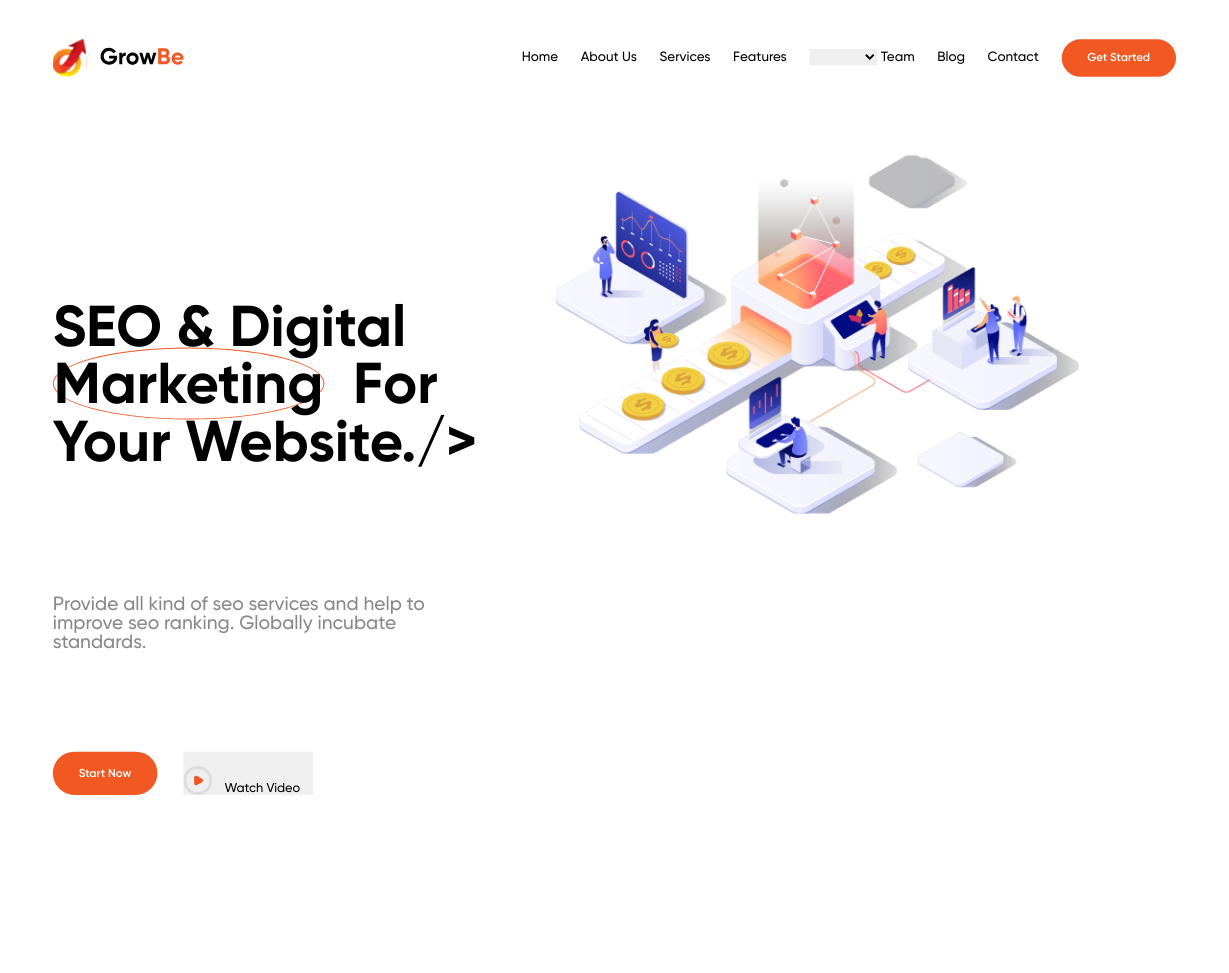
Repository: Alekseiy1980/GrowBe
Page: index.html
These files come from the project's save history. The page is drawn as it stood at one moment and after the next save; the edit follows.
The browser window is 1280 px wide. The pictures show the part of the page from y = 0 to 1014 px (the page is 1935 px tall before and 2100 px after), at 96% of full size.
A picture or video elsewhere on the page could not be fetched, so the positions and the page height are approximate.

Above is the page before, as saved 2024-01-20 16:07:27.

### index.html
<!DOCTYPE html>
<html lang="en">
<head>
    <meta charset="UTF-8">
    <meta name="viewport" content="width=device-width, initial-scale=1.0">

    <link rel="stylesheet" href="css/reset.css">
    <link rel="stylesheet" href="css/style.css">
    <title>GrowBe</title>
</head>
<body>
    <header>
        <div class="menu_bar">
            <div class="logo">
                <a class="logo-link" href="#">
                    <img src="/img/Logo.svg"  />
                </a>
            </div>
            <nav>
                <a class="menu menu_activ" href="@">Home</a>
                <a class="menu" href="@"> About Us</a>
                <a class="menu" href="@">Services</a>
                <label class="menu menu_label" for="pet-select">Features</label>
                    <select name="pets" id="pet-select">
                    <option value=""></option>
                    <option value="dog">Dog</option>
                    <option value="cat">Cat</option>
                    <option value="hamster">Hamster</option>
                    <option value="parrot">Parrot</option>
                    <option value="spider">Spider</option>
                    <option value="goldfish">Goldfish</option>
                    </select>

                <a class="menu" href="@">Team</a>
                <a class="menu" href="@">Blog</a>
                <a class="menu" href="@">Contact</a>
                <button class="btn_menu" type="button">Get Started</button>
            </nav>
        </div>


        <div class="home_meta">
            <div class="home_content">
                <div class="home_title">
                    <h1>SEO & Digital <span class="creat">Marketing</span>  For Your Website./>
                </div>
            <div class="sub_title">
                <p>Provide all kind of seo services and help to improve seo ranking. Globally incubate standards.</p>
            </div>
            <div class="btn_meta">
                <button class="btn_menu" type="button">Start Now</button>
                <button class="btn_video" type="button">
                        <img class="btn_img"
                            src="img/play.svg"
                            alt="play"
                            />
                    Watch Video</button>
            </div>
            </div>
            <div class="home_img">
                <img  src="img/home_Image.png" alt="">
            </div>
        </div>
        <div class="brend">
            <a href="#" class="brebd_logo" ><img class="brebd_logo-img" src="img/1.svg" alt=""></a>
            <a href="#" class="brebd_logo" ><img class="brebd_logo-img" src="img/6.svg" alt=""></a>
            <a href="#" class="brebd_logo" ><img class="brebd_logo-img" src="img/3.svg" alt=""></a>
            <a href="#" class="brebd_logo" ><img class="brebd_logo-img" src="img/4.svg" alt=""></a>
            <a href="#" class="brebd_logo" ><img class="brebd_logo-img" src="img/5.svg" alt=""></a>
            <a href="#" class="brebd_logo" ><img class="brebd_logo-img" src="img/6.svg" alt=""></a>
        </div>
    </header>
</body>
</html>

### css/reset.css

* {
    padding: 0;
    margin: 0;
    border: 0;
}

*,
*::before,
*::after {
    -moz-box-sizing: border-box;
    -webkit-box-sizing: border-box;
    box-sizing: border-box;
}

:focus,
:active {
    outline: none;
}

a:focus,
a:active {
    outline: none;
}

nav,
footer,
header,
aside {
    display: block;
}

html,
body {
    height: 100%;
    width: 100%;
    font-size: 100%;
    line-height: 1;
    font-size: 14px;
    -ms-text-size-adjust: 100%;
    -moz-text-size-adjust: 100%;
    -webkit-text-size-adjust: 100%;
}

input,
button,
textarea {
    font-family: inherit;
}

input::-ms-clear {
    display: none;
}

button {
    cursor: pointer;
}

button::-moz-focus-inner {
    padding: 0;
    border: 0;
}

a,
a:visited {
    text-decoration: none;
}

a:hover {
    text-decoration: none;
}

ul li {
    list-style: none;
}

img {
    vertical-align: top;
}

h1,
h2,
h3,
h4,
h5,
h6 {
    font-size: inherit;
    font-weight: 400;
}

### css/style.css
@font-face {
	font-family: 'Gilroy-Bold';
	src: url(/fonts/Gilroy-Bold.ttf);
}


@font-face {
	font-family: 'Gilroy-Medium';
	src: url(/fonts/Gilroy-Medium.ttf);
}
@font-face{
    font-family: 'Gilroy_Regular';
    src: url(/fonts/Gilroy-Regular.ttf);
}

@font-face{
    font-family: 'Gilroy-SemiBold';
    src: url(/fonts/Gilroy-SemiBold.ttf);
}
body{
    font-family: Gilroy-Medium;
    font-size: 14px;
    font-weight: 400;
    background: #FFF;

}

header {
    width: 1170px;
    margin: 0 auto;
}


.menu_bar{
    display: flex;
    justify-content: space-between;
    align-items: center;
    margin-top: 40px;
    height: 40px;
}

.logo{
    width: 137px;

}

.menu{
    display: inline-block;
    color: #000;
    padding-top: 11px;
    padding-bottom: 12px;
    margin-right: 20px;

}

.menu:hover{
    color: #F25822;
    font-family: Gilroy-SemiBold;
}

.btn_menu{
    color: #FFF;
    font-family: Gilroy-SemiBold;
    font-size: 12px;
    border-radius: 30px;
    background: #F25822;
    padding:12px 27px 13px;
}

.btn_menu:hover{
    background: #f84504;
}


.home_meta{
    margin-top: 82px;
    margin-bottom:162px ;
    display: flex;
    width: 1170px;
}

.home_content{
    white-space: pre-wrap;
    width: 522px;
    margin-bottom: 17px;
    padding-right: 40px;

}

.home_title{
    color: #000;
    font-family: Gilroy-Bold;
    font-size: 60px;

}

.creat{
    border-radius: 50%;
    border: 1px solid #F25822;
    -webkit-border-radius: 50%;
    -moz-border-radius: 50%;
    -ms-border-radius: 50%;
    -o-border-radius: 50%;
}

.sub_title{
    color: #888;
    font-size: 20px;
    padding-right: 36px;
    margin-bottom: 37px;
}

.home_ing{
    width: 544px;
}
.btn_meta{
    display: flex;
}
.btn_video{
    display: flex;
    align-items: end;
    width: 135px;
    margin-left: 27px;
}
.btn_img{
    height: 30px;
}

After the next save:
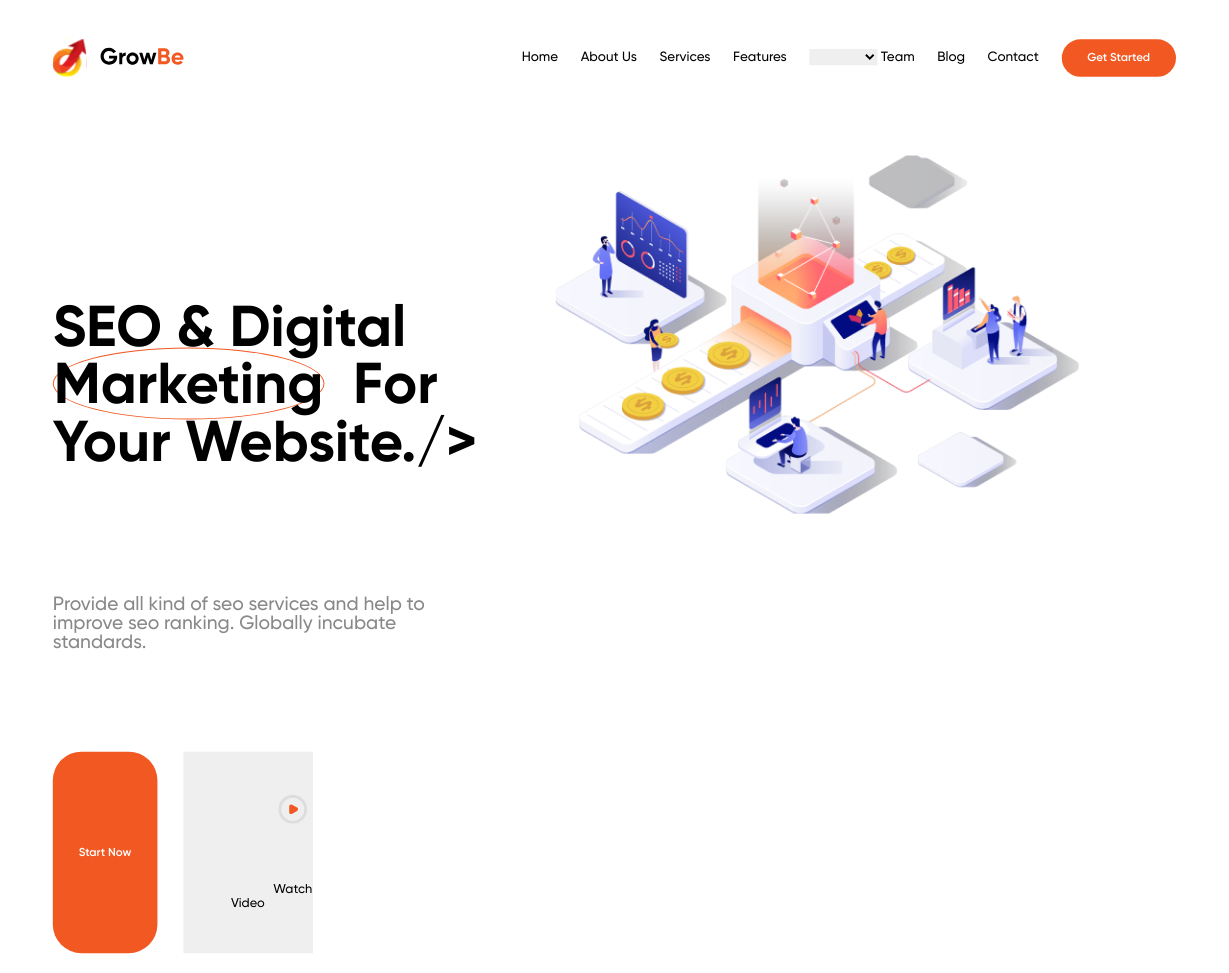
Saved 22 h 3 min later.
--- a/index.html
+++ b/index.html
@@ -50,11 +50,19 @@
             <div class="btn_meta">
                 <button class="btn_menu" type="button">Start Now</button>
                 <button class="btn_video" type="button">
-                        <img class="btn_img"
+                    <div class="conteiner_btn">
+                        <div class="comteiner_img">
+                            <img class="btn_img"
                             src="img/play.svg"
                             alt="play"
                             />
-                    Watch Video</button>
+                        </div>
+                        <div class="comteiner_txt">
+                            Watch Video
+                        </div>
+                    </div>
+
+                    </button>
             </div>
             </div>
             <div class="home_img">
